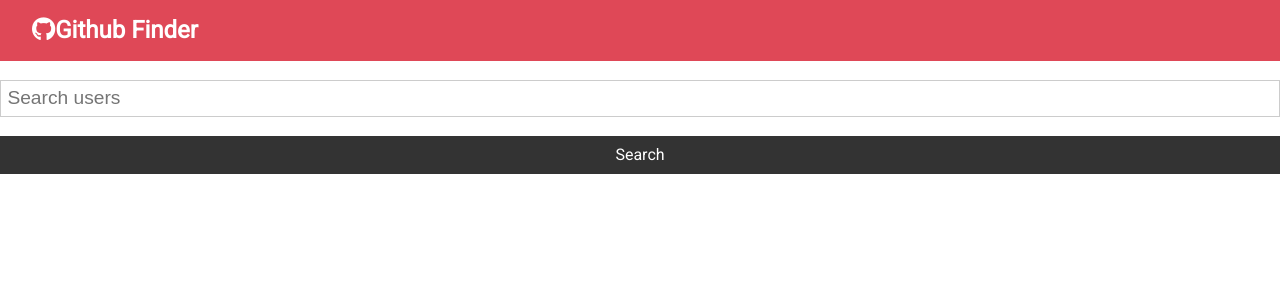
Repository: Richswag009/React_Expense_Tracker
Page: /
An editor plug-in stored every save of this project. The page is shown before and after the next save, followed by the edit.
The browser window is 1280 px wide. The pictures show the whole page.
The page's requests for data from a server got no answer. Some web libraries are served in a nearby version. The project was rebuilt for these pictures with package versions that can differ from the ones it lists, and the page was loaded fresh each time. No one was signed in, and anything a server would have sent is missing. Also part of the build but not shown: src/component/users/UserItem.js, src/component/Layout/Spinner.js.

Above is the page before, as saved 2022-06-13 17:58:52.

After the next save:
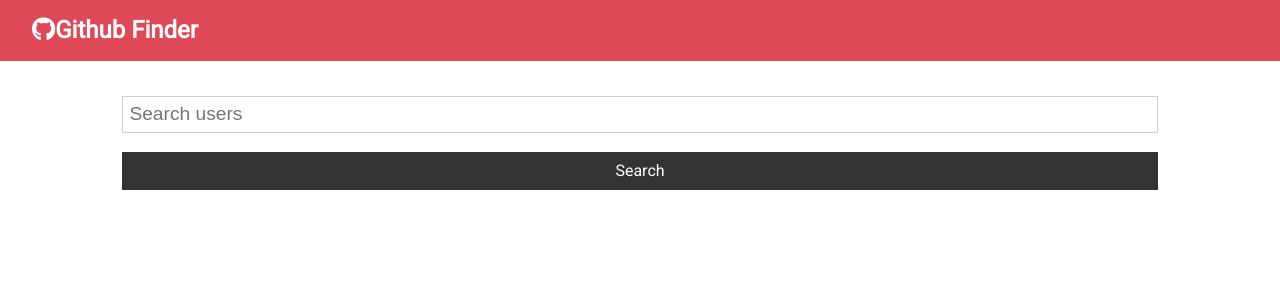
Saved 25 s later.
--- a/src/App.js
+++ b/src/App.js
@@ -24,8 +24,8 @@ class App extends Component{
     return (
       <div className="App">
       <Navbar/>
+      <div className="container">
       <Search />
-      <div className="container">
       <Users loading={this.state.loading} users={this.state.users} />
       </div>
       </div>
